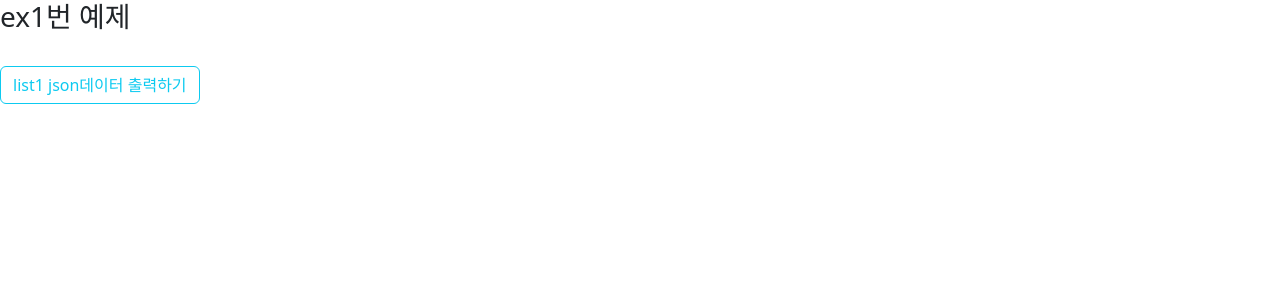
Repository: ssung2sin/sist0615_spring
Page: http://localhost/SpringMvcJson7/jsonex1
The author's editor kept a copy of each file at every save. The page is drawn from the files as they stood at one save, then again after the next save.
The browser window is 1280 px wide. The pictures show the whole page.
After loading, the first visible `#btn1` was clicked once.
Some web fonts or font styles are not loaded; a fallback is used. The page is served by Tomcat 9.

Above is the page before, as saved 2023-10-12 07:31:28.

After the next save:
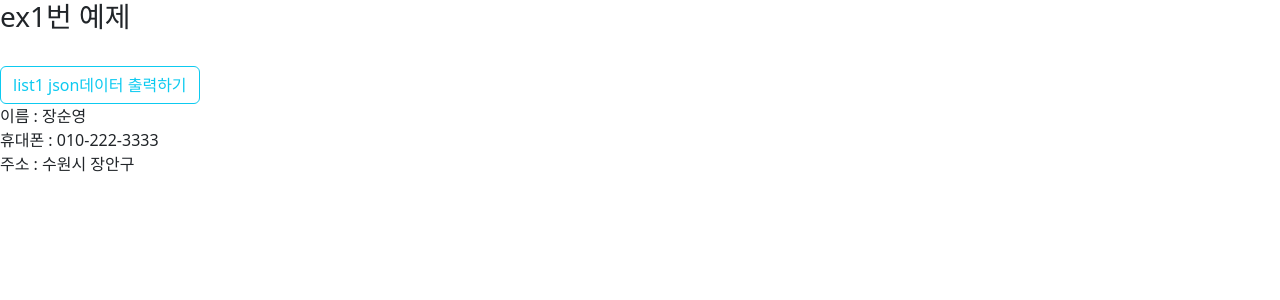
Saved 62 s later.
--- a/SpringMvcJson7/src/main/webapp/WEB-INF/json/ex1.jsp
+++ b/SpringMvcJson7/src/main/webapp/WEB-INF/json/ex1.jsp
@@ -24,8 +24,11 @@
 			type:"get",
 			dataType:"json",
 			url:"list1",
-			success:function(){
+			success:function(res){
 
+				$("#out1").append("이름 : "+res.name+"<br>");
+				$("#out1").append("휴대폰 : "+res.hp+"<br>");
+				$("#out1").append("주소 : "+res.addr+"<br>");
 			}
 		})
 	});
